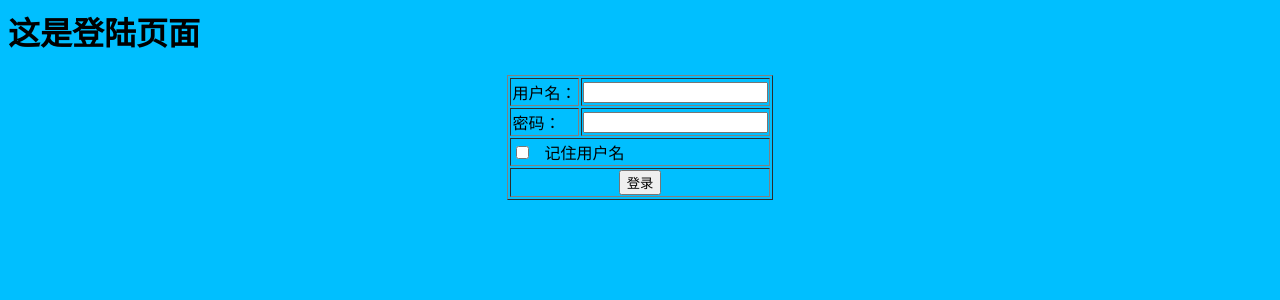
Repository: Fuhai-Chen/javaweb
Page: http://localhost/Chapter_4_example/reponse_comprehensive/login.jsp
An editor plug-in stored every save of this project. The page is shown before and after the next save, followed by the edit.
The browser window is 1280 px wide. The pictures show the whole page.
The page is served by Tomcat 9.

Above is the page before, as saved 2020-09-24 06:24:50.

### Chapter_4_example/WebRoot/reponse_comprehensive/login.jsp
<%@ page language="java" import="java.util.*" pageEncoding="UTF-8"%>
<%
String path = request.getContextPath();
String basePath = request.getScheme()+"://"+request.getServerName()+":"+request.getServerPort()+path+"/";
%>

<!DOCTYPE HTML PUBLIC "-//W3C//DTD HTML 4.01 Transitional//EN">
<html>
  <head>
    <base href="<%=basePath%>">

    <title>reponse方法综合实例</title>

	<meta http-equiv="pragma" content="no-cache">
	<meta http-equiv="cache-control" content="no-cache">
	<meta http-equiv="expires" content="0">
	<meta http-equiv="keywords" content="keyword1,keyword2,keyword3">
	<meta http-equiv="description" content="This is my page">
	<!--
	<link rel="stylesheet" type="text/css" href="styles.css">
	-->

  </head>

  <body style="background-color: deepskyblue">
  	<%
  		String username = "";//初始化
  		String password = "";
  		Cookie[] cookies = request.getCookies();
  		if(cookies != null && cookies.length > 0){
  			for(Cookie cookie : cookies){
  				if(cookie.getName().equals("username")){
  					username = cookie.getValue();
  				}
  				if(cookie.getName().equals("password")){
  					password = cookie.getValue();
  				}
  				response.addCookie(cookie);
  			}

  		}
  	 %>
  	 <!-- 这里的acton路径怎么写？???，绝对路径和相对路径区别 -->
  	<form action = "<%=basePath %>/reponse_comprehensive/cookieSave.jsp" method="post">
  		<h1>这是登陆页面</h1>
  		<table border = "1" align = "center">
  			<tr>
  				<td>
  					用户名：
  				</td>
  				<td>
  					<input type = "text" name = "username" value = "<%= username %>">
  				</td>
  			</tr>
  			<tr>
  				<td>
  					密码：
  				</td>
  				<td>
  					<input type = "password" name = "password" value = "<%= password %>">
  				</td>
  			</tr>
  			<tr>
  				<td colspan = "2">
  				<!-- <td colspan="value"> 用法：
  					number： 设置单元格可横跨的列数。
					注释：colspan="0" 指示浏览器横跨到列组的最后一列。
  				 -->
  					<input type = "checkbox" name = "flag"> &nbsp; 记住用户名
  				</td>
  			</tr>
  			<tr align = "center">
  				<td colspan = "2">
  					<input type = "submit" value = "登录" >
  				</td>
  			</tr>
  		<!-- 若显示Processing instruction not closed. ，且检查发现所有元素标签均已闭合，重启IDE或检查index.jsp -->

  		</table>
  	</form>
  </body>
</html>

After the next save:
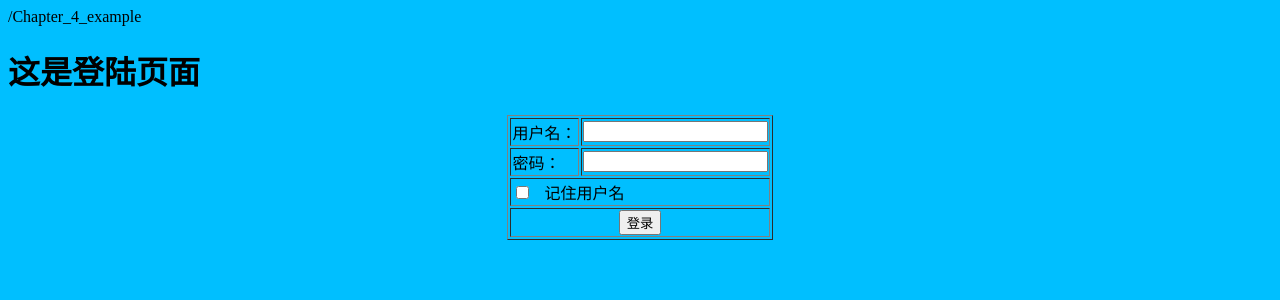
Saved 70 min 53 s later.
--- a/Chapter_4_example/WebRoot/reponse_comprehensive/login.jsp
+++ b/Chapter_4_example/WebRoot/reponse_comprehensive/login.jsp
@@ -3,7 +3,7 @@
 String path = request.getContextPath();
 String basePath = request.getScheme()+"://"+request.getServerName()+":"+request.getServerPort()+path+"/";
 %>
-
+<%=path %>
 <!DOCTYPE HTML PUBLIC "-//W3C//DTD HTML 4.01 Transitional//EN">
 <html>
   <head>
